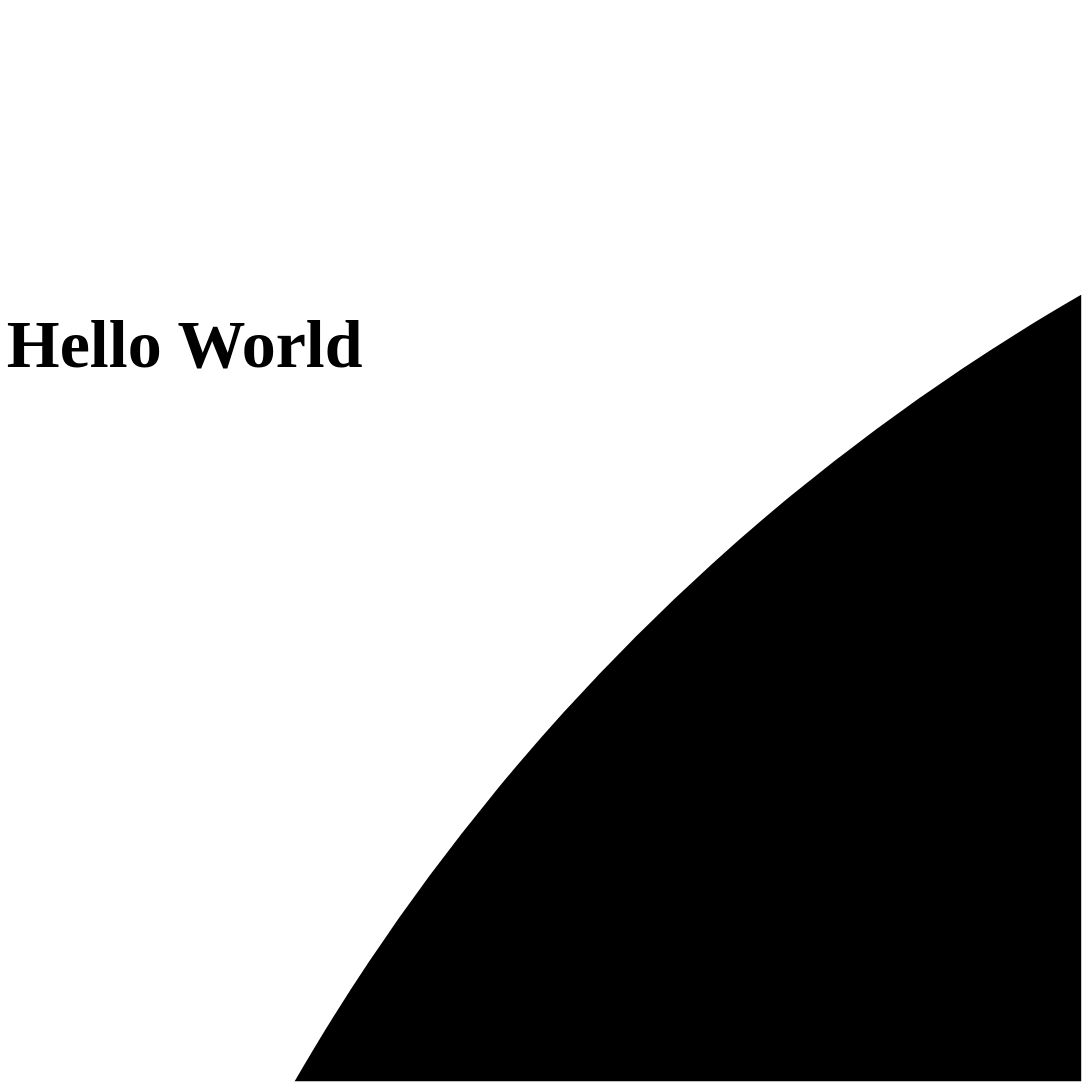
Repository: sarahlochhead/css-demo
Page: index.html
These files come from the project's save history. The page is drawn as it stood at one moment and after the next save; the edit follows.
The browser window is 1280 px wide. The pictures show the whole page, at 85% of full size.

Above is the page before, as saved 2023-04-28 12:18:02.

### index.html
<!DOCTYPE html>
<html lang="en">
<head>
    <meta charset="UTF-8">
    <meta http-equiv="X-UA-Compatible" content="IE=edge">
    <meta name="viewport" content="width=device-width, initial-scale=1.0">
    <title>Light It Up Demo</title>
    <link rel="stylesheet" href="styles.css">
</head>
<body>
    <header>
        <h1>Hello World</h1>
    </header>
    <svg viewBox="0 0 25 25" xmlns="http://www.w3.org/2000/svg">
        <circle cx="50" cy="50" r="50" />
    </svg>





</body>
</html>

### styles.css
@charset "utf-8";

body {
    display: flex;
    justify-content: center;
    align-items: center;
}

h1 {
    position: absolute;
    top: 50%;
    font-size: 5rem;
    margin: 0 auto;
}

svg .small {
    height: 25;
    width: 25;
    stroke: black;
    stroke-width: 3;
    fill: red;
}

After the next save:
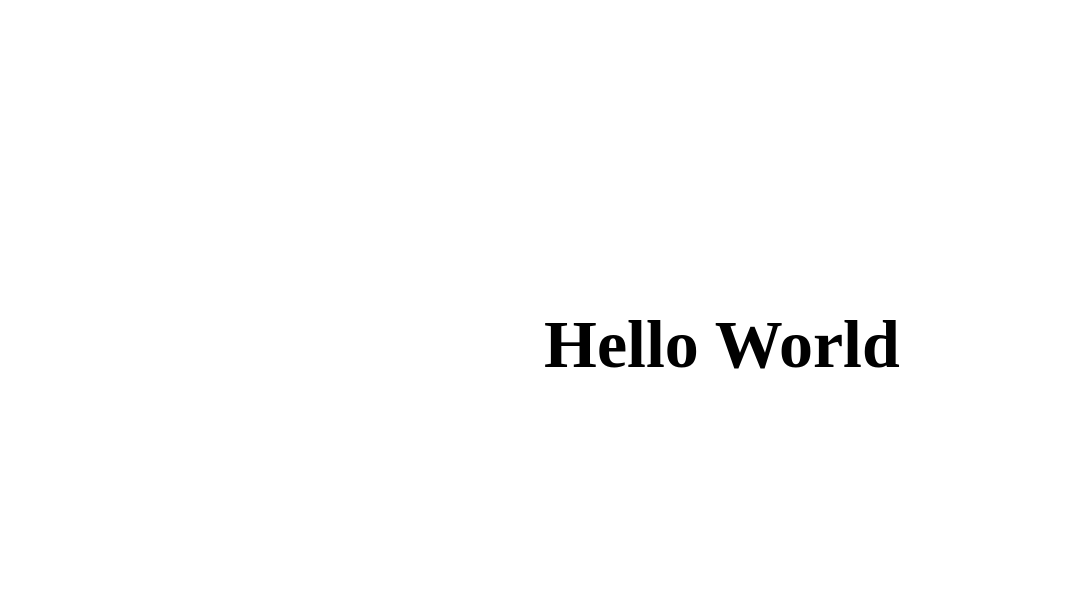
Saved 11 s later.
--- a/index.html
+++ b/index.html
@@ -11,9 +11,7 @@
     <header>
         <h1>Hello World</h1>
     </header>
-    <svg viewBox="0 0 25 25" xmlns="http://www.w3.org/2000/svg">
-        <circle cx="50" cy="50" r="50" />
-    </svg>
+
 
 
 
